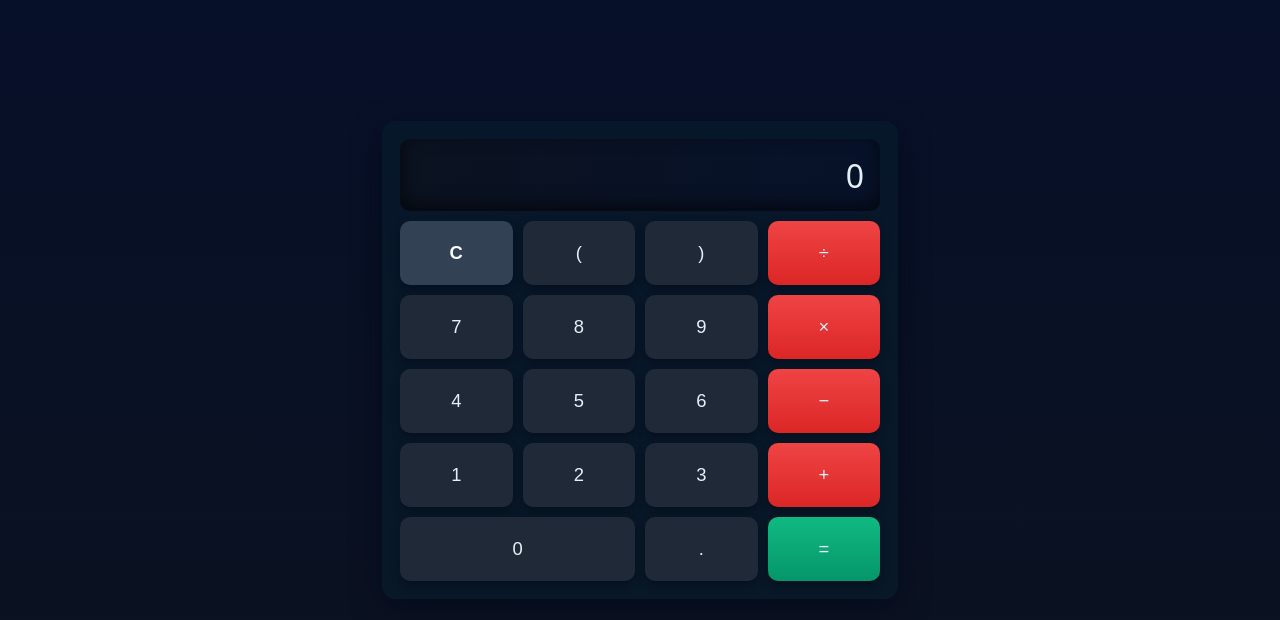
Repository: ShagunTomar2024/Frontend
Page: html/assignments/assignment2/index.html
An editor plug-in stored every save of this project. The page is shown before and after a run of saves, followed by the edit.
The browser window is 1280 px wide. The pictures show the whole page.

Above is the page before, as saved 2025-09-10 11:36:38.

After the next 3 saves:
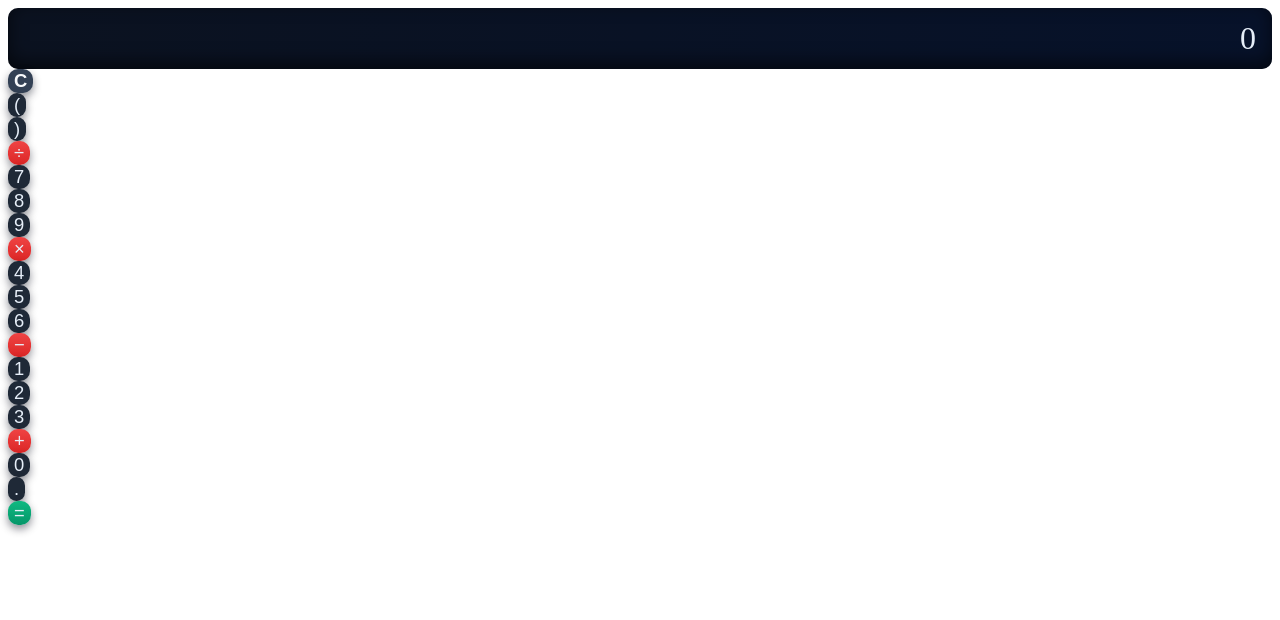
The 3 saves are shown as one change because they came seconds apart.
The last was saved 30 s later.
--- a/html/assignments/assignment2/style.css
+++ b/html/assignments/assignment2/style.css
@@ -1,7 +1,7 @@
  :root{
     --bg:#0f172a; --panel:#0b1220; --accent:#10b981; --muted:#94a3b8;
     --btn:#1f2937; --btn-op:#ef4444; --gap:10px;
- }
+ /* }
  body{
     margin:0; min-height:100vh; display:flex; align-items:center; justify-content:center;
     background: linear-gradient(180deg,#071029,#0b1220); font-family:system-ui,Segoe UI,Roboto,"Helvetica Neue",Arial;
@@ -55,4 +55,4 @@
   .span-2 { grid-column: span 2; }
 
   /* small visual tweaks for clarity */
-  .btn.clear { background: #334155; color: #f8fafc; font-weight:600; }
+  .btn.clear { background: #334155; color: #f8fafc; font-weight:600; }  */
